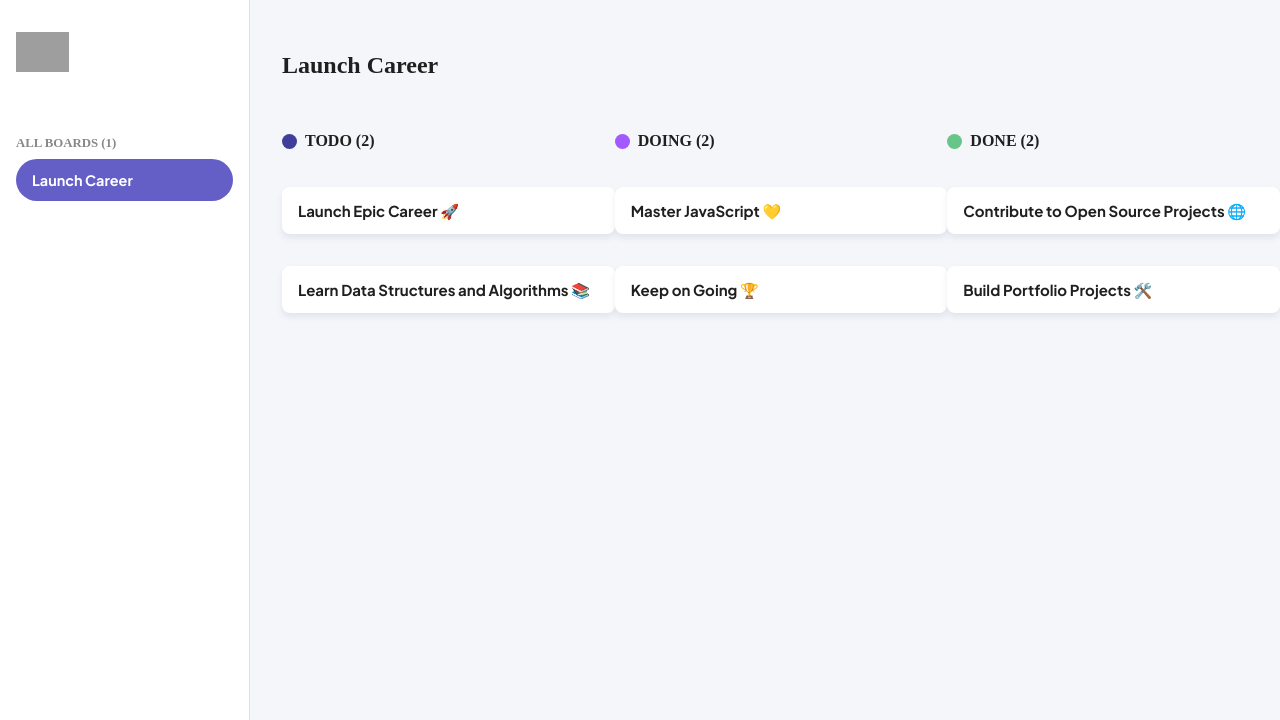
Repository: andajonas/ANDJON25111_fto2502_A2_Anda_Jonas_JSL01
Page: index.html
The author's editor kept a copy of each file at every save. The page is drawn from the files as they stood at one save, then again after the next save.
The browser window is 1280 px wide. The pictures show the whole page.
Pictures or frames that could not be fetched are drawn as grey boxes.

Above is the page before, as saved 2025-04-25 13:05:16.

### index.html
<html lang="en">
  <head>
    <meta charset="UTF-8" />
    <meta name="viewport" content="width=device-width, initial-scale=1.0" />
    <title>Kanban Board</title>
    <link rel="stylesheet" href="style.css" />
  </head>

  <body>
    <div class="kanban-container">
      <!-- Sidebar -->
      <nav class="sidebar">
        <div class="logo">
      <img src="assets/logo-light.svg" alt="Kanban logo">
        </div>
        <div class="board-list">
          <h4>ALL BOARDS (1)</h4>
          <button class="board-btn">Launch Career</button>
        </div>
      </nav>

      <!-- Main Board Section -->
      <div class="main-board">
        <header>
          <h2 class="board-title">Launch Career</h2>
        </header>

        <main class="columns">
          <!-- TO DO Column -->
          <div class="column">
            <div class="column-header">
              <span class="dot todo"></span>
              <h4>TODO (2)</h4>
            </div>
            <div class="card-container">
              <div class="card">Launch Epic Career 🚀</div>
              <div class="card">Learn Data Structures and Algorithms 📚</div>
            </div>
          </div>

          <!-- DOING Column -->
          <div class="column">
            <div class="column-header">
              <span class="dot doing"></span>
              <h4>DOING (2)</h4>
            </div>
            <div class="card-container">
              <div class="card">Master JavaScript 💛</div>
              <div class="card">Keep on Going 🏆</div>
            </div>
          </div>

          <!-- DONE Column -->
          <div class="column">
            <div class="column-header">
              <span class="dot done"></span>
              <h4>DONE (2)</h4>
            </div>
            <div class="card-container">
              <div class="card">Contribute to Open Source Projects 🌐</div>
              <div class="card">Build Portfolio Projects 🛠️</div>
            </div>
          </div>
        </main>
      </div>
    </div>
  </body>
</html>

### style.css
@import url('https://fonts.googleapis.com/css2?family=Plus+Jakarta+Sans:wght@400;700&display=swap');
/* Base Styles */
body {
    margin: 0;
    font-family: "inter" sans-serif;
    background-color: #f5f6fa;
    color: #1f1f1f;
  }

  .kanban-container {
    display: grid;
    grid-template-columns: 250px 1fr;
    height: 100vh;
  }

  /* Sidebar */
  .sidebar {
    background-color: white;
    padding: 2rem 1rem;
    border-right: 1px solid #e0e0e0;
  }

  .logo img {
    height: 40px; /* adjust to match the Figma scale */
    margin-bottom: 2rem; /* space below the logo before "ALL BOARDS" */
  }


  .board-list h4 {
    font-size: 0.8rem;
    font-weight: 600;
    color: #888;
    margin: 2rem 0 0.5rem;
  }
  .board-btn {
    background-color: #635FC7;         /* Purple background */
    color: white;                      /* White text */
    border: none;
    padding: 0.75rem 1rem;
    font-weight: 600;
    border-radius: 24px;               /* Fully rounded look */
    cursor: pointer;
    text-align: left;
    width: 100%;
    font-family: 'Plus Jakarta Sans', sans-serif;
    font-size: 0.9rem;
    transition: background-color 0.2s ease;
  }

  .board-btn:hover {
    background-color: #847fda;         /* Slightly lighter on hover */
  }

  /* Main Content */
  .main-board {
    padding: 2rem;
    overflow-x: auto;
  }

  .board-title {
    font-size: 1.5rem;
    font-weight: 600;
    margin-bottom: 2rem;
  }

  /* Columns Layout */
  .columns {
    display: grid;
    grid-template-columns: repeat(3, 1fr);
    gap: 2rem;
  }

  /* Column */
  .column {
    display: flex;
    flex-direction: column;
  }

  /* Column Header */
  .column-header {
    display: flex;
    align-items: center;
    gap: 0.5rem;
    font-weight: 600;
    margin-bottom: 1rem;
  }

  .dot {
    width: 15px;
    height: 15px;
    border-radius: 50%;
  }

  .dot.todo {
    background-color: #3f3f99;
  }

  .dot.doing {
    background-color: #a259ff;
  }

  .dot.done {
    background-color: #67c587;
  }

  /* Cards */
  .card-container {
    display: flex;
    flex-direction: column;
    gap: 1rem;
  }

  .card {
      font-family: 'Plus Jakarta Sans', sans-serif;
      font-weight: 700;
      font-size: 15px;
      line-height: 1;
      padding: 1rem;
      background-color: white;
      border-radius: 8px;
      box-shadow: 0px 4px 6px rgba(54, 78, 126, 0.1);
      margin-bottom: 1rem;
      width: 100%;
      max-width: 301px;
    }

After the next save:
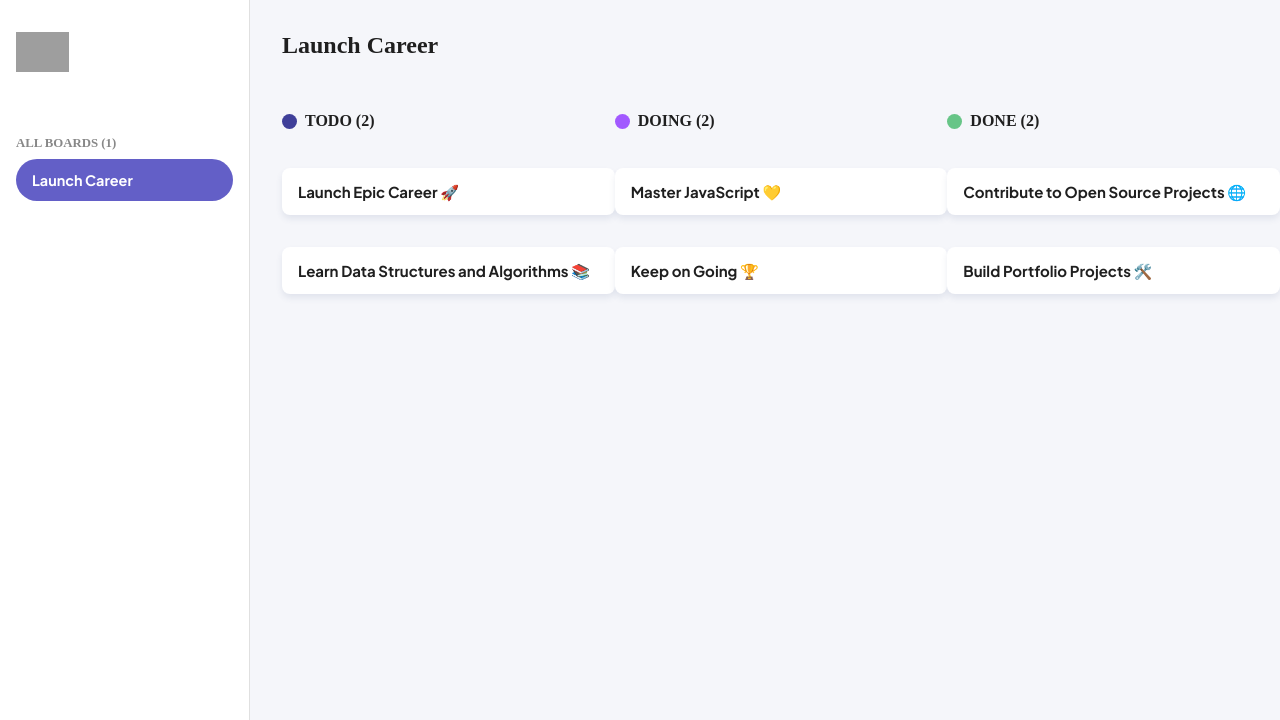
Saved 15 s later.
--- a/index.html
+++ b/index.html
@@ -21,7 +21,7 @@
 
       <!-- Main Board Section -->
       <div class="main-board">
-        <header>
+        <header
           <h2 class="board-title">Launch Career</h2>
         </header>
 

After the save that followed:
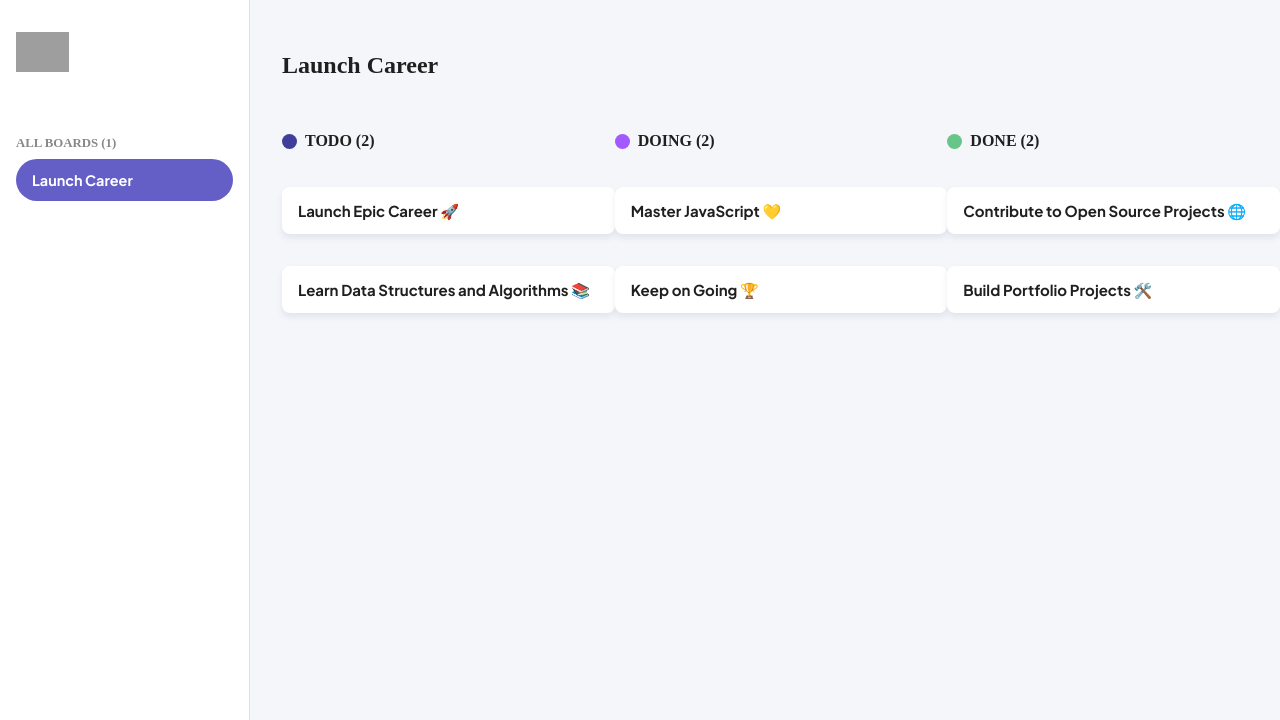
Saved 4 s later.
--- a/index.html
+++ b/index.html
@@ -21,7 +21,7 @@
 
       <!-- Main Board Section -->
       <div class="main-board">
-        <header
+
           <h2 class="board-title">Launch Career</h2>
         </header>
 
